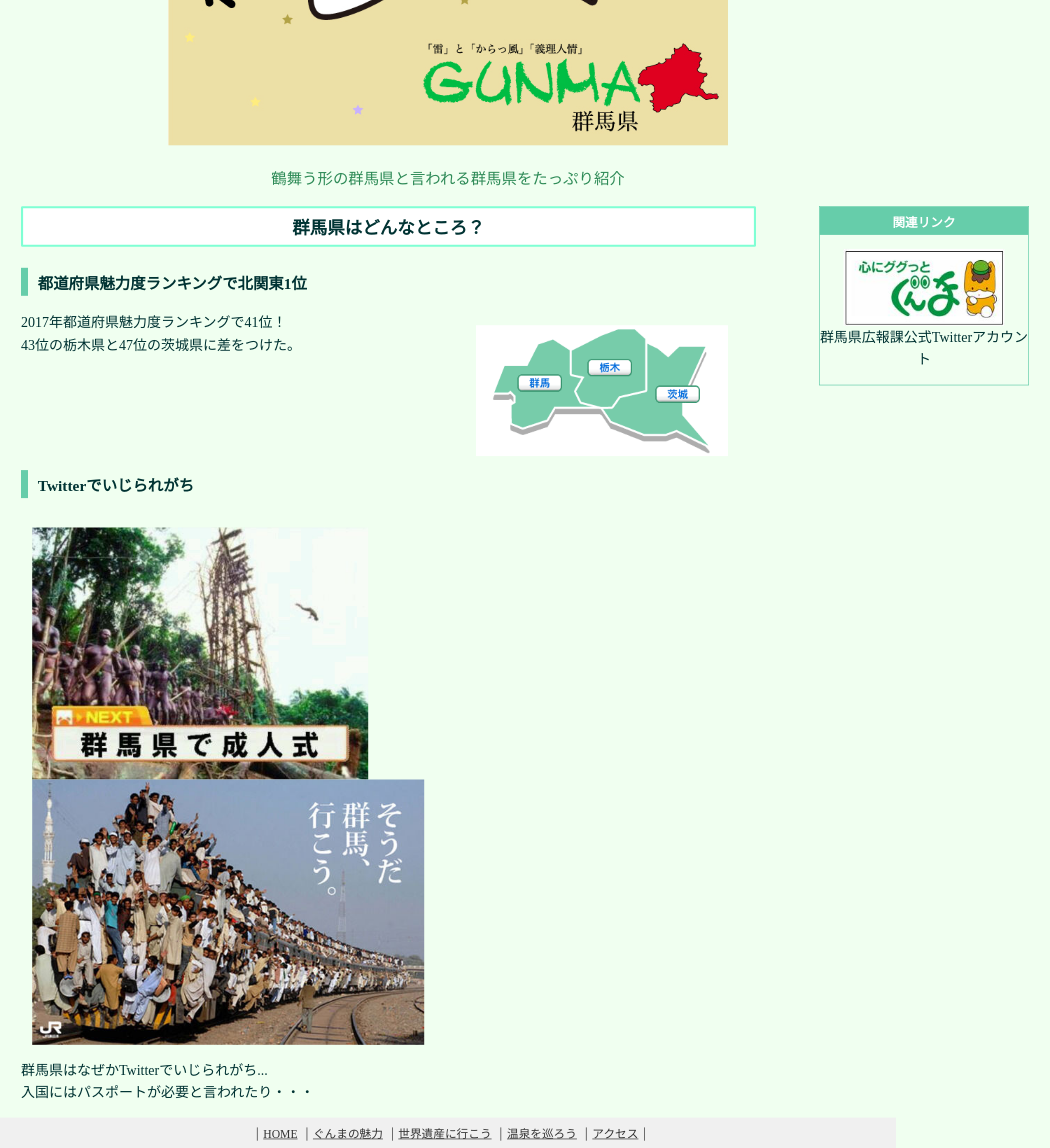
Repository: erinakatagiri/gomi
Page: gunma/Gunma.html
The author's editor kept a record of every edit. The page is drawn from the files as they stood at one moment, then again after the next edit.
The browser window is 1280 px wide. The page is 1500 px wide, so the pictures cover 1500 px, including what lies to the right of the window. The pictures show the part of the page from y = 602 to 2242 px (the page is 2242 px tall before and 2198 px after), at 70% of full size.

Above is the page before.

### gunma/Gunma.html
<!DOCTYPE html>
<html lang="ja"
    <head>
        <meta charset="UTF-8">
        <title>Gunma</title>
        <link rel="stylesheet" href="Gunma.css"
    </head>
    <body>
        <!--ここからヘッダー-->
        <header>
            <h1><a href="GUnma.html"><img src="images_gunma/logo.gif" alt="ぐんま"></a></h1>
            <nav id="global_navi">
                <ul>
                    <li class="current"><a href="Gunma.html">HOME</a></li>
                    <li><a href="miryoku.html">ぐんまの魅力</a></li>
                    <li><a href="sekaiisan.html">世界遺産に行こう</a></li>
                    <li><a href="onsen.html">温泉を巡ろう</a></li>
                    <li><a href="access.html">アクセス</a></li>
                </ul>
            </nav>
        </header>
        <div id="main_visual">
            <img src="images_gunma/tsuru.jpg" alt="鶴">
        </div>
        <div id="intro">
            <p>鶴舞う形の群馬県と言われる群馬県をたっぷり紹介</p>
        </div>
        <div id="wrapper" class="clearfix">
            <div id="main">
                <section id="point">
                    <h2>群馬県はどんなところ？</h2>
                    <section class="clearfix">
                        <h3>都道府県魅力度ランキングで北関東1位</h3>
                        <figure>
                            <img src="images_gunma/kkanto.gif" alt="北関東">
                        </figure>
                        <p>
                            2017年都道府県魅力度ランキングで41位！<br>
                            43位の栃木県と47位の茨城県に差をつけた。<br>
                    </section>
                    <section class="clearfix">
                        <h3>Twitterでいじられがち</h3>
                        <figure>
                            <img src="images_gunma/seijinshiki.jpg" alt="群馬の成人式">
                            <img src="images_gunma/gunmahe.jpg" alt="群馬へ行こう">

                        </figure>
                        <p>
                            群馬県はなぜかTwitterでいじられがち...<br>
                            入国にはパスポートが必要と言われたり・・・
                        </p>
                    </section>
                </section>
            </div>

             <aside id="sidebar">
                <section id="side_banner">
                    <h2>関連リンク</h2>
                    <ul>
                        <li>
                            <a href="https://twitter.com/gunmapref_koho"><img src="images_gunma/kokoro.jpg" alt="Twitter"></a>
                            <p>群馬県広報課公式Twitterアカウント</p>
                        </li>
                    </ul>
                </section>
            </aside>
            <!--サイドここまで-->
        </div>

        <footer>
            <div id="footer_navi">
                <ul>
                    <li><a href="Gunma.html">HOME</a></li>
                    <li><a href="miryoku.html">ぐんまの魅力</a></li>
                    <li><a href="sekaiisan.html">世界遺産に行こう</a></li>
                    <li><a href="onsen.html">温泉を巡ろう</a></li>
                    <li><a href="access.html">アクセス</a></li>

            </div>
            </footer>
        <!--フッターここまで-->
    </body>
</html>

### gunma/Gunma.css
@charset "UTF-8";

body{
    margin: 0;
    padding: 0;
    color: #033;
    font-size: 20px;
    background-color: #f0fff0;
}
a {
    color: #333;
}
a: visited {
    color: #dc143c;
}
a:hover {
    color: #333;
    font-weight: 700;
    text-decoration: none;
}
h1,h2,h3,h4,h5,h6 {
    margin-top: 0;
}
p {
    margin-top: 0;
    line-height: 1.6;
}
img {
    vertical-align: bottom;
}
#main h2 {
    background: #fff;
    font-size: 25px;
    padding: 8px 22px;
    border-radius: 2px;
    border: 3px solid #7fffd4;
    margin-bottom: 30px
}
#main h3 {
    font-size: 16px;
    border-left: solid 10px #66cdaa;
    padding: 4px 9px 4px 14px;
}
header {
    width: 1500px;
    margin: 0 auto;
}
header h1 {
    margin: 5px 0 10px;
}
#global_navi {
    margin-bottom: 16px;
}
#global_navi ul {
    font-size: 0;
    list-style: none;
    margin: 0;
    padding: 0;
}
#global_navi ul li {
    font-size: 18px;
    display: inline-block;
    width: 290px;
    margin-right: 1px;
    text-align: center;
}
#global_navi ul li a {
    display: block;
    padding: 10px 16px;
    background-color: #66cdaa;
    color: #fff;
    text-decoration: none;
    transition: background-color .2s linear;
}

#main_visual{
    text-align: center;
    width: 1200px;
    height: 600px;
    margin: 0 auto 30px;
}
#intro{
    font-size: 22px;
    color: #2e8b57;
    text-align: center;
    margin-top: 20px;
}
#point h2{
    text-align: center;
}
#point h3{
    font-size: 22px;
}
#point figure{
    float: right;
    margin-left: 16px;
    margin-bottom: 20px;
}
.clearfix::after {
    content: '';
    display: block;
    clear: both;
}
#body{
    width: 1500px;
}
#wrapper{
    width: 1500px;
    margin: 0 auto;
}
#main{
    width: 70%;
    float: left;
    margin-left: 30px;
}
#sidebar{
    width: 20%;
    float: right;
    margin-right: 30px;
}
#side_banner ul {
    list-style: none;
    padding: 0;
}

#side_banner {
    margin-bottom: 30px;
    border: 1px solid #66cdaa;
    text-align: center;
}

#side_banner h2 {
    background-color: #66cdaa;
    color: #fff;
    padding: 7px;
    font-size: 18px;
    text-align: center;
}
footer #footer_navi ul {
    list-style: none;
    margin: 0;
    padding: 0;
    text-align: center;
}
footer {
    background-color: #66cdaa;
    text-align: center;
}
footer #footer_navi {
    background-color: #f0f0f0;
    padding: 10px 0;
}
footer #footer_navi li {
    display: inline;
    border-left: solid 1px #333;
    margin-left: 8px;
    padding-left: 8px;
    font-size: smaller;
}

footer #footer_navi li:last-child {
  border-right: solid 1px #333;
  padding: 0 8px;
}

After the next edit:
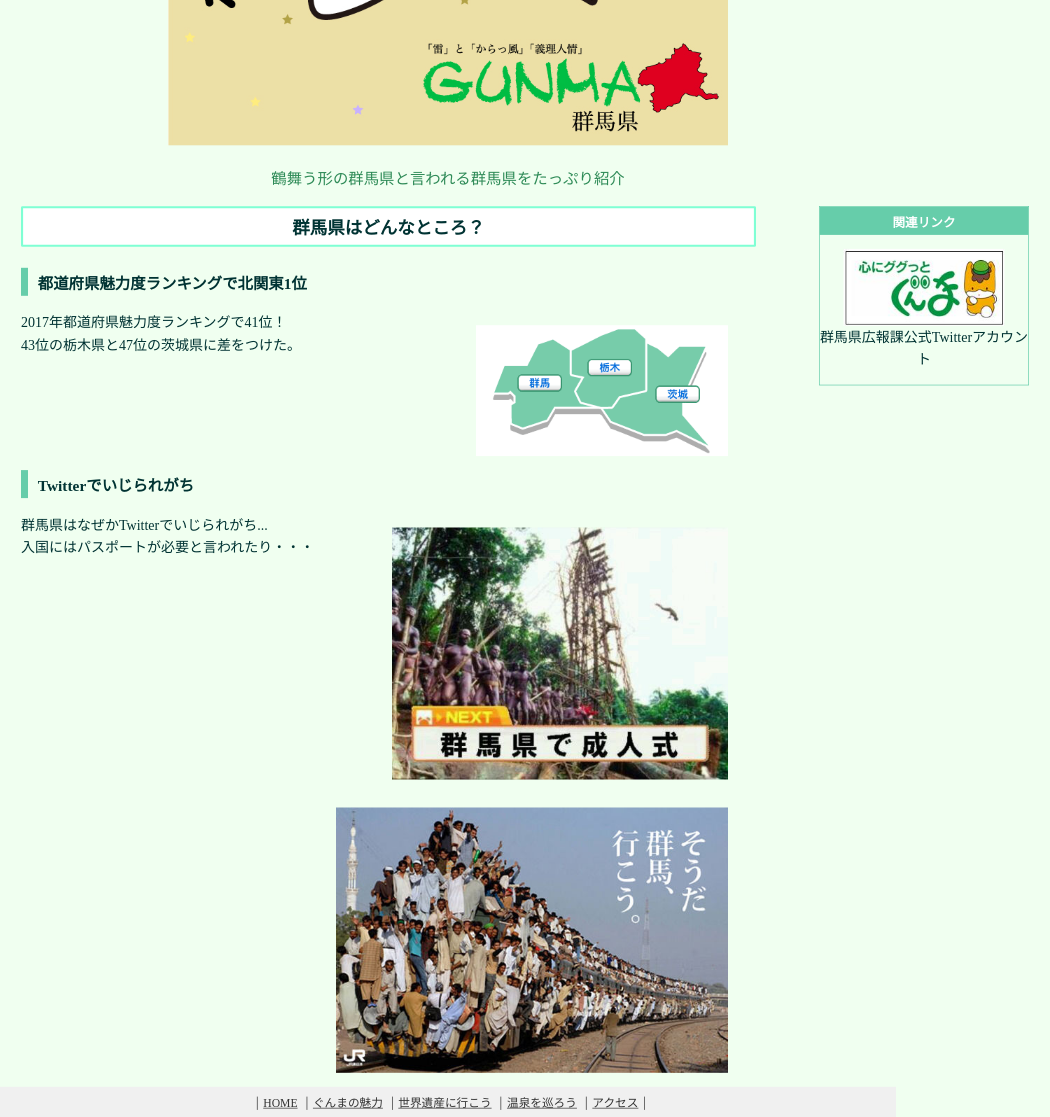
The edit:
--- a/gunma/Gunma.html
+++ b/gunma/Gunma.html
@@ -42,6 +42,8 @@
                         <h3>Twitterでいじられがち</h3>
                         <figure>
                             <img src="images_gunma/seijinshiki.jpg" alt="群馬の成人式">
+                        </figure>
+                        <figure>
                             <img src="images_gunma/gunmahe.jpg" alt="群馬へ行こう">
 
                         </figure>
